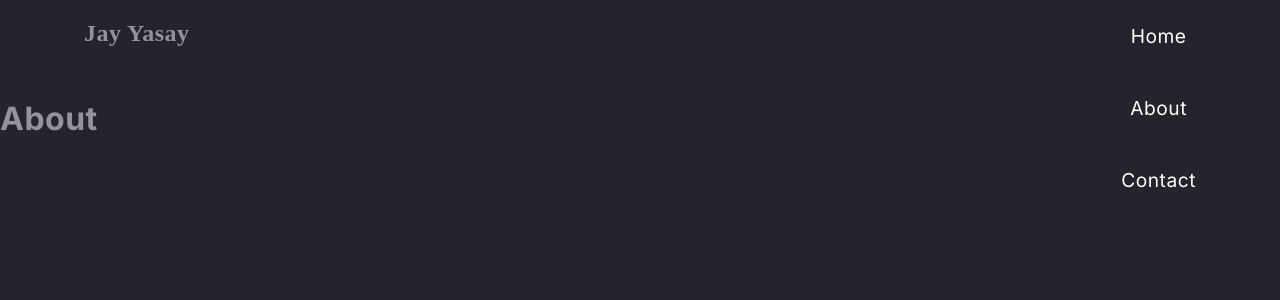
Repository: jayyasay/portfolio
Page: /about
The author's editor kept a copy of each file at every save. The page is drawn from the files as they stood at one save, then again after the next save.
The browser window is 1280 px wide. The pictures show the whole page.
Some web fonts or font styles are not loaded; a fallback is used. The project was rebuilt for these pictures with package versions that can differ from the ones it lists, and the page was loaded fresh each time. Also part of the build but not shown: src/App.css, src/pages/Home.js.

Above is the page before, as saved 2023-09-19 17:17:20.

After the next save:
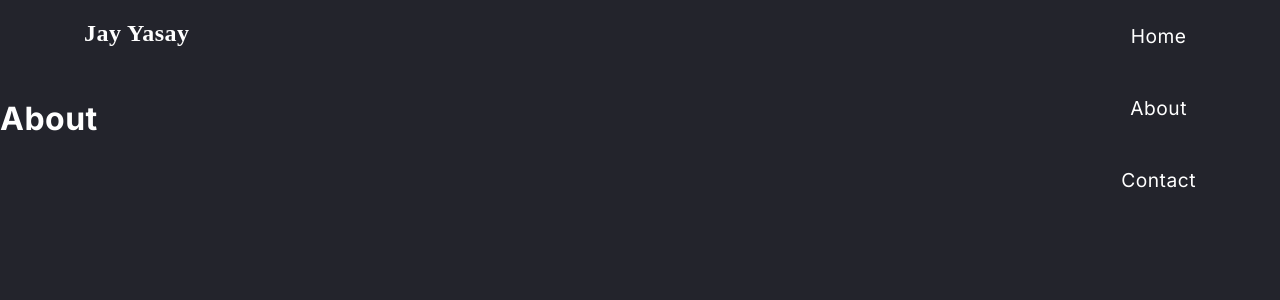
Saved 12 s later.
--- a/src/index.css
+++ b/src/index.css
@@ -23,7 +23,7 @@
 }
 
 h1, h2, h3, h4, h5, h6, p {
-  color: #94929c
+  color: #fff
 }
 
 h2 {
